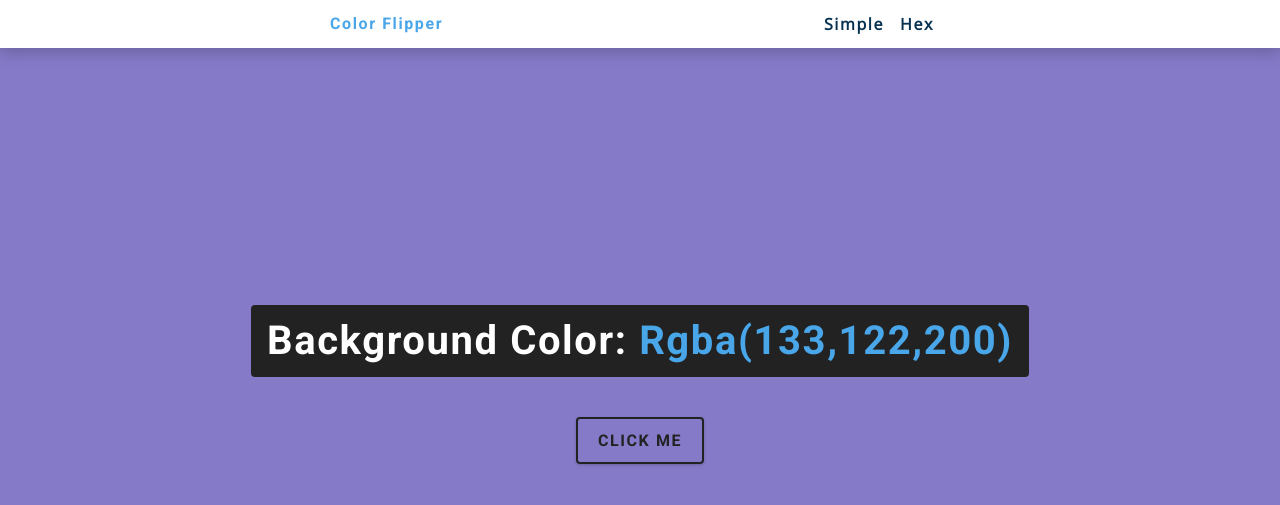
Repository: smit1298/color-changer
Page: index.html
The author's editor kept a copy of each file at every save. The page is drawn from the files as they stood at one save, then again after a run of saves.
The browser window is 1280 px wide. The pictures show the whole page.
After loading, the first visible `#btn` was clicked once.

Above is the page before, as saved 2022-05-02 10:38:37.

After the next 3 saves:
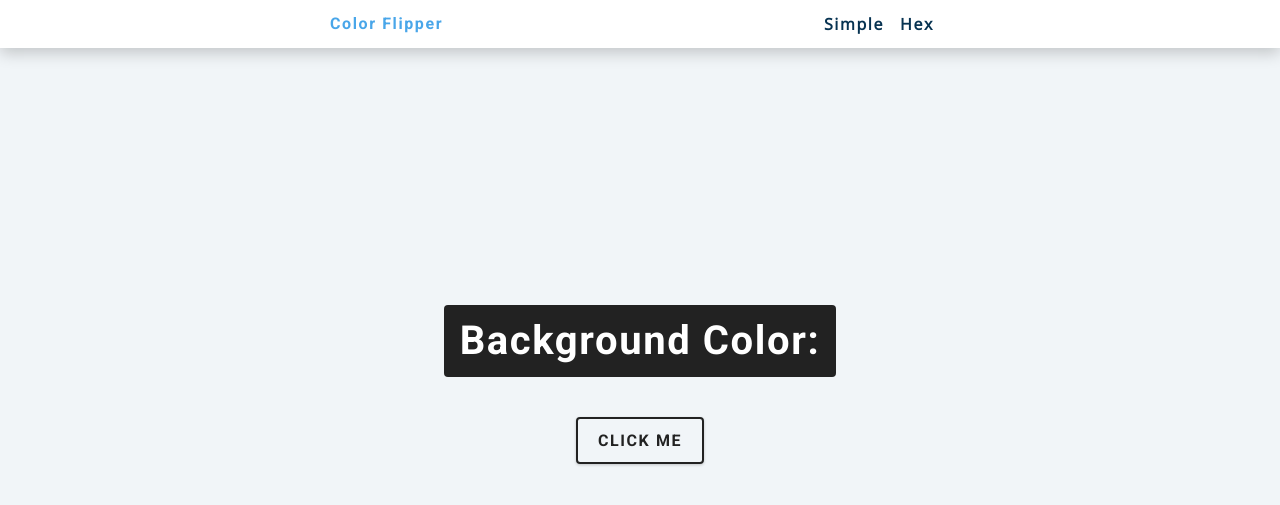
The 3 saves are shown as one change because they came seconds apart.
The last was saved 17 s later.
--- a/app.js
+++ b/app.js
@@ -5,7 +5,7 @@ const color = document.querySelector(".color");
 
 btn.addEventListener("click", function () {
 // get randon number between 0 - 3
-    const randomNumber = 2;
+    const randomNumber = getRandomNumber;
     document.body.style.backgroundColor = colors[randomNumber];
     color.textContent = colors[randomNumber]
 });
